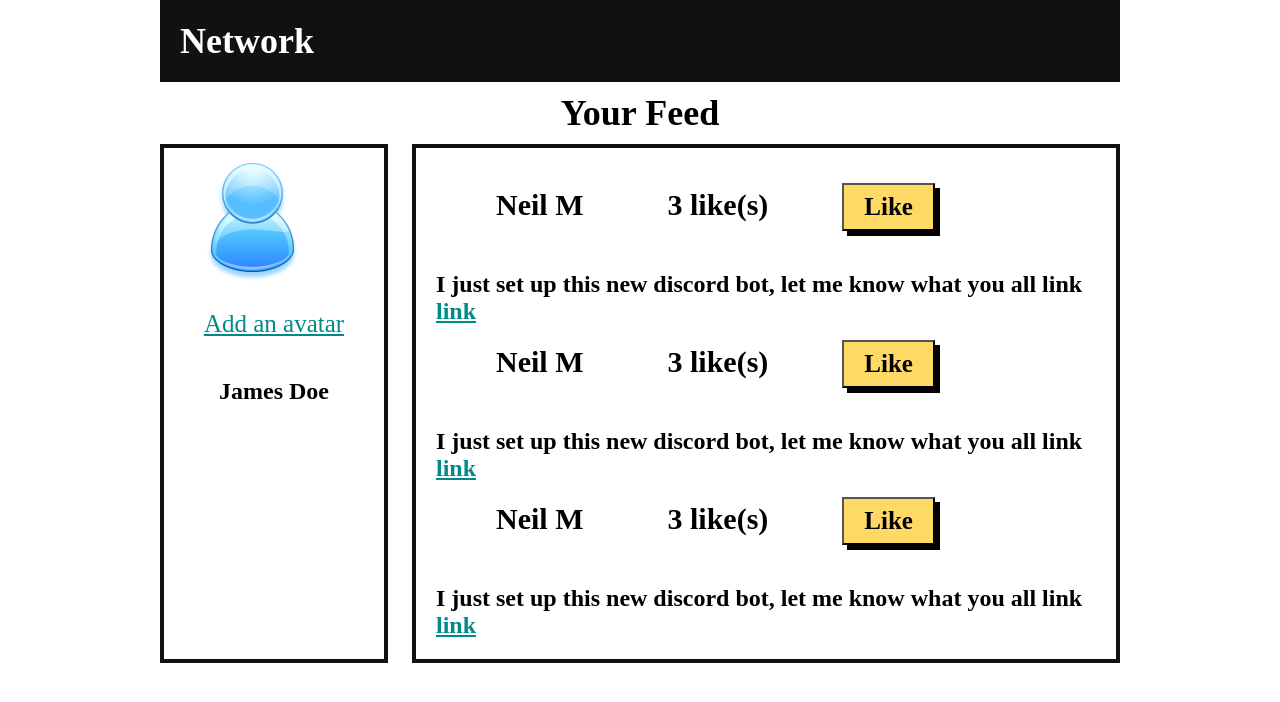
Repository: Blender20/liking_likes
Page: index.html
An editor plug-in stored every save of this project. The page is shown before and after the next save, followed by the edit.
The browser window is 1280 px wide. The pictures show the whole page.
Some web fonts or font styles are not loaded; a fallback is used.

Above is the page before, as saved 2022-03-30 11:54:39.

### index.html
<!DOCTYPE html>
<html lang="en">

<head>
  <meta charset="UTF-8">
  <meta http-equiv="X-UA-Compatible" content="IE=edge">
  <meta name="viewport" content="width=device-width, initial-scale=1.0">
  <link rel="stylesheet" href="style.css">
  <title>Document</title>
</head>

<body>
  <nav>
    <h1>Network</h1>
  </nav>
  <div class="feed">
    <h1>Your Feed</h1>
  </div>
  <div class="container flex">
    <div class="leftColumn">
      <div class="img">
        <img src="./user.png" alt="user icon">
      </div>

      <div class="addAvatar"><a href="#">Add an avatar</a>
      </div>
      <div class="userInput">
        <h2>James Doe</h2>
      </div>
    </div>

    <div class="rightColumn">
      <h3>Neil M</h3>
      <h3><span id="likeCount">3</span> like(s)</h3>
      <button onclick="addLike()" id="like">Like</button>

      <div class="text-box">
        <h2>I just set up this new discord bot, let me know what you all link <a href="#">link</a></h2>
      </div><h3>Neil M</h3>
      <h3><span id="likeCount">3</span> like(s)</h3>
      <button onclick="addLike()" id="like">Like</button>

      <div class="text-box">
        <h2>I just set up this new discord bot, let me know what you all link <a href="#">link</a></h2>
      </div><h3>Neil M</h3>
      <h3><span id="likeCount">3</span> like(s)</h3>
      <button onclick="addLike()" id="like">Like</button>

      <div class="text-box">
        <h2>I just set up this new discord bot, let me know what you all link <a href="#">link</a></h2>
      </div>
    </div>
  </div>


  <script src="script.js"></script>
</body>

</html>

### style.css
@import url("https://fonts.googleapis.com/css2?family=Balsamiq+Sans:ital,wght@0,400;0,700;1,700&display=swap");
* {
  padding: 0;
  margin: 0;
  box-sizing: border-box;
  font-family: "Balsamiq Sans", cursive;
}

.flex {
  display: flex;
  justify-content: space-between;
  align-self: center;
  gap: 1.5em;
}
nav {
  min-height: 70px;
  background-color: #111;
  display: block;
  width: 75%;
  margin: 0 auto;

  color: #fff;
  font-family: "balsamiq Sans";
  padding: 10px;
}
.container {
  margin: 0 auto;
  width: 75%;
}

.leftColumn {
  border: 4px solid #111;
  /* margin-top: 50px; */
  flex: 1;
  margin: 0 auto;
}

.rightColumn {
  border: 4px solid #111;
  /* justify-content: space-between; */
  /* align-items: center; */
  flex: 3;
  padding: 20px;

}


h1 {
  font-size: 36px;
  padding: 10px;
}
h2 {
  /* display:inline-block */
  font-size: ;
}
h3 {
  font-size: 30px;
  display: inline;
  padding-left: 40px;
  margin: 20px;
  text-align: end;
}
.feed {
  text-align: center;
  justify-content: center;
}
.text-box {
  margin-top: 40px;
}
a {
  color: darkcyan;
}

#like {
  background-color: #ffd966;
  padding: 8px 20px;
  margin-top: 15px;
  margin-left: 50px;
  font-weight: 900;
  font-size: 25px;
  box-shadow: 5px 5px;
}
.avatar {
  text-align: center;
}
.addAvatar {
  margin-top: 20px;
  text-align: center;
  font-size: 25px;
}
.userInput {
  text-align: center;
  margin-top: 40px;
  margin-bottom: 30px;
}
.img {
  margin-top: 10px;
  margin-left: 25px;
}
.right-rows {
  flex-direction: column;
  flex: 1;
}

### script.js
var likeCount = document.querySelector('#likeCount')
console.log(likeCount)
function addLike() {

  likeCount.innerText++;

}

After the next save:
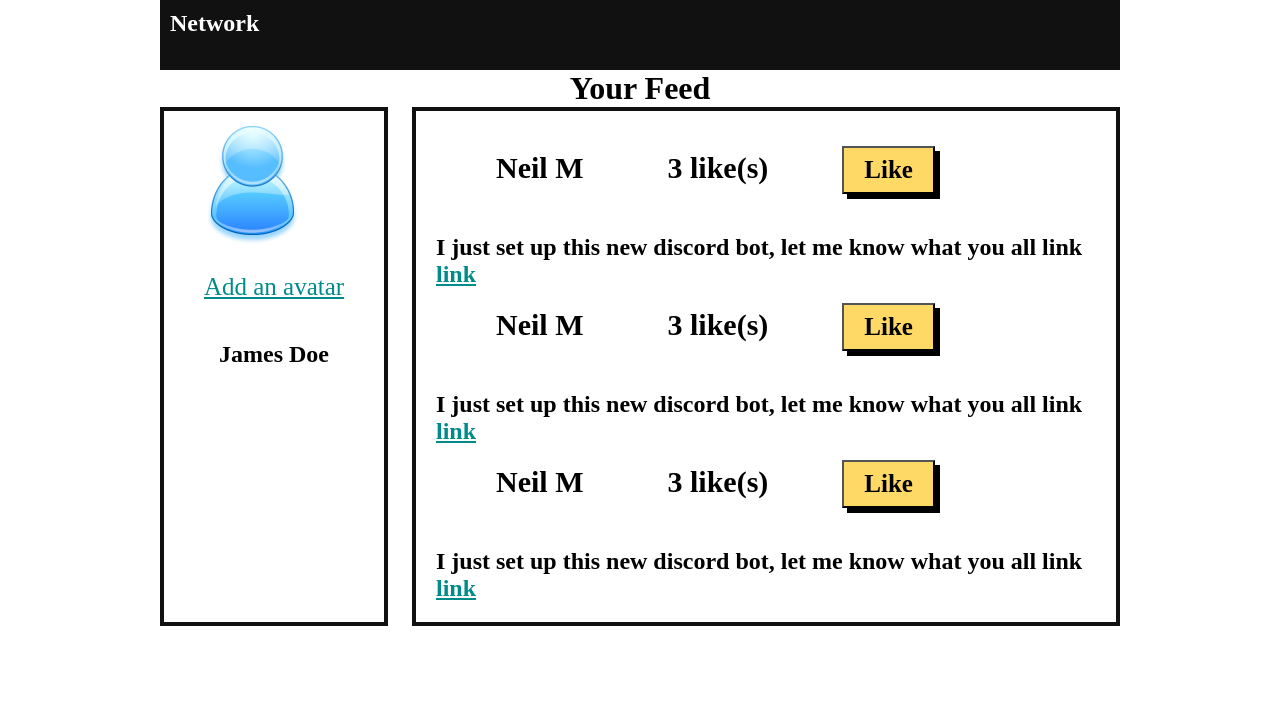
Saved 18 s later.
--- a/style.css
+++ b/style.css
@@ -43,7 +43,7 @@ nav {
   padding: 20px;
 
 }
-
+user
 
 h1 {
   font-size: 36px;
